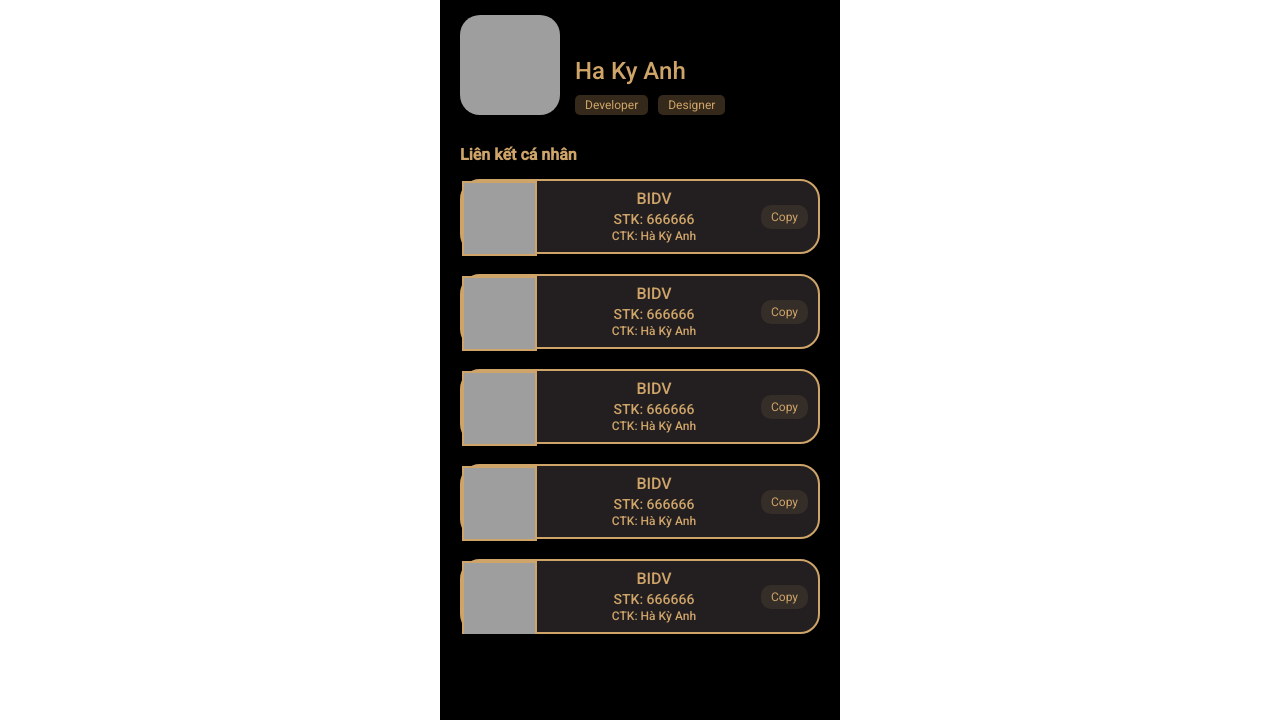
Repository: yzarc204/nguyen-tien-viet-hoang
Page: thong-tin-thanh-toan/index.html
An editor plug-in stored every save of this project. The page is shown before and after the next save, followed by the edit.
The browser window is 1280 px wide. The pictures show the whole page.
Pictures or frames that could not be fetched are drawn as grey boxes.

Above is the page before, as saved 2021-09-27 11:15:49.

### thong-tin-thanh-toan/index.html
<!DOCTYPE html>
<html lang="en">
<head>
    <meta charset="UTF-8">
    <meta http-equiv="X-UA-Compatible" content="IE=edge">
    <meta name="viewport" content="width=device-width, initial-scale=1.0">
    <title>Personal Card</title>
    <!-- Google Fonts -->
    <link rel="preconnect" href="https://fonts.googleapis.com">
    <link rel="preconnect" href="https://fonts.gstatic.com" crossorigin>
    <link href="https://fonts.googleapis.com/css2?family=Roboto:wght@300;400;500&display=swap" rel="stylesheet">
    <!-- CSS -->
    <link rel="stylesheet" href="./public/css/index.css">
</head>
<body>
    <div class="container">
        <div class="profile-header">
            <img alt="Avatar"
                src="https://source.unsplash.com/random"
                class="profile-avatar">
            <div class="profile-info">
                <h4 class="profile-name">Ha Ky Anh</h4>
                <div class="skills">
                    <div class="skill-tag">Developer</div>
                    <div class="skill-tag">Designer</div>
                </div>
            </div>
        </div>
        <h4 class="title">Liên kết cá nhân</h4>
        <div class="banks">
            <div class="bank">
                <img src="https://source.unsplash.com/random" class="bank-logo">
                <div class="bank-info">
                    <p class="bank-name">BIDV</p>
                    <p class="bank-number">STK: 666666</p>
                    <p class="bank-owner">CTK: Hà Kỳ Anh</p>
                </div>
                <span class="btn-copy">Copy</span>
            </div>
            <div class="bank">
                <img src="https://source.unsplash.com/random" class="bank-logo">
                <div class="bank-info">
                    <p class="bank-name">BIDV</p>
                    <p class="bank-number">STK: 666666</p>
                    <p class="bank-owner">CTK: Hà Kỳ Anh</p>
                </div>
                <span class="btn-copy">Copy</span>
            </div>
            <div class="bank">
                <img src="https://source.unsplash.com/random" class="bank-logo">
                <div class="bank-info">
                    <p class="bank-name">BIDV</p>
                    <p class="bank-number">STK: 666666</p>
                    <p class="bank-owner">CTK: Hà Kỳ Anh</p>
                </div>
                <span class="btn-copy">Copy</span>
            </div>
            <div class="bank">
                <img src="https://source.unsplash.com/random" class="bank-logo">
                <div class="bank-info">
                    <p class="bank-name">BIDV</p>
                    <p class="bank-number">STK: 666666</p>
                    <p class="bank-owner">CTK: Hà Kỳ Anh</p>
                </div>
                <span class="btn-copy">Copy</span>
            </div>
            <div class="bank">
                <img src="https://source.unsplash.com/random" class="bank-logo">
                <div class="bank-info">
                    <p class="bank-name">BIDV</p>
                    <p class="bank-number">STK: 666666</p>
                    <p class="bank-owner">CTK: Hà Kỳ Anh</p>
                </div>
                <span class="btn-copy">Copy</span>
            </div>
        </div>
    </div>
</body>
</html>

### thong-tin-thanh-toan/public/css/index.css
* {
    padding: 0;
    margin: 0;
    -webkit-box-sizing: border-box;
    font-family: 'Roboto', sans-serif;
}

:root {
    --primary-color: #cea469;
    --secondary-color: #231f20;
    --dark-color: #cea469;
}

body {
    width: 100%;
    overflow: hidden;
}

/* ===== CONTAINER ===== */
.container{
    width: 400px;
    height: 100vh;
    margin: 0 auto;
    padding: 15px 20px;
    overflow: hidden scroll;
    background: #000;
    color: var(--primary-color);
}
/* ===== PROFILE HEADER ===== */
.profile-header{
    width: 100%;
    display: flex;
    flex-wrap: wrap;
    margin-bottom: 30px;
}
.profile-avatar{
    width: 100px;
    height: 100px;
    object-fit: cover;
    object-position: center;
    border-radius: 20px;
}
.profile-info{
    margin-top: auto;
    padding: 0px 15px;
}
.profile-name{
    margin-bottom: 10px;
    font-size: 24px;
    font-weight: 500;
}
.skills{
    display: flex;
    flex-wrap: nowrap;
}
.skill-tag{
    padding: 3px 10px;
    margin-right: 10px;
    color: var(--primary-color);
    font-size: 12px;
    position: relative;
    display: none;
}
.skill-tag:before {
    content: "";
    position: absolute;
    top: 0;
    right: 0;
    bottom: 0;
    left: 0;
    background-color: currentColor;
    opacity: 0.25;
    border-radius: 5px;
}
.skill-tag:first-child {
    display: block;
}
.skill-tag:nth-child(2) {
    display: block;
}
/* ===== TITLE ===== */
.title{
    margin-bottom: 15px;
}
/* ===== BANKS ===== */
.banks {
    width: 100%;
    overflow: hidden;
    --size: 75px;
    --border-rounded: 20px;
}
.bank:last-child {
    margin-bottom: 0px;
}
.bank {
    width: 100%;
    height: var(--size);
    background: var(--secondary-color);
    margin-bottom: 20px;
    display: flex;
    border: 2px solid var(--dark-color);
    border-radius: var(--border-rounded);
}
.bank-logo {
    width: var(--size);
    height: var(--size);
    border: inherit;
}
.bank-info {
    flex: 1;
    text-align: center;
    padding: 10px 7.5px;
    display: flex;
    flex-direction: column;
    justify-content: space-between;
    align-items: center;
}
.bank-info > p {
    font-weight: 500;
    line-height: 1;
}
.bank-name{
    font-size: 16px;
}
.bank-number{
    font-size: 14px;
}
.bank-owner {
    font-size: 12px;
}
.btn-copy{
    font-size: 12px;
    height: fit-content;
    padding: 5px 10px;
    position: relative;
    top: 50%;
    right: 10px;
    transform: translateY(-50%);
    cursor: pointer;
}
.btn-copy:before {
    content: "";
    position: absolute;
    top: 0;
    right: 0;
    bottom: 0;
    left: 0;
    background: var(--dark-color);
    border-radius: 10px;
    opacity: 0.1;
}

After the next save:
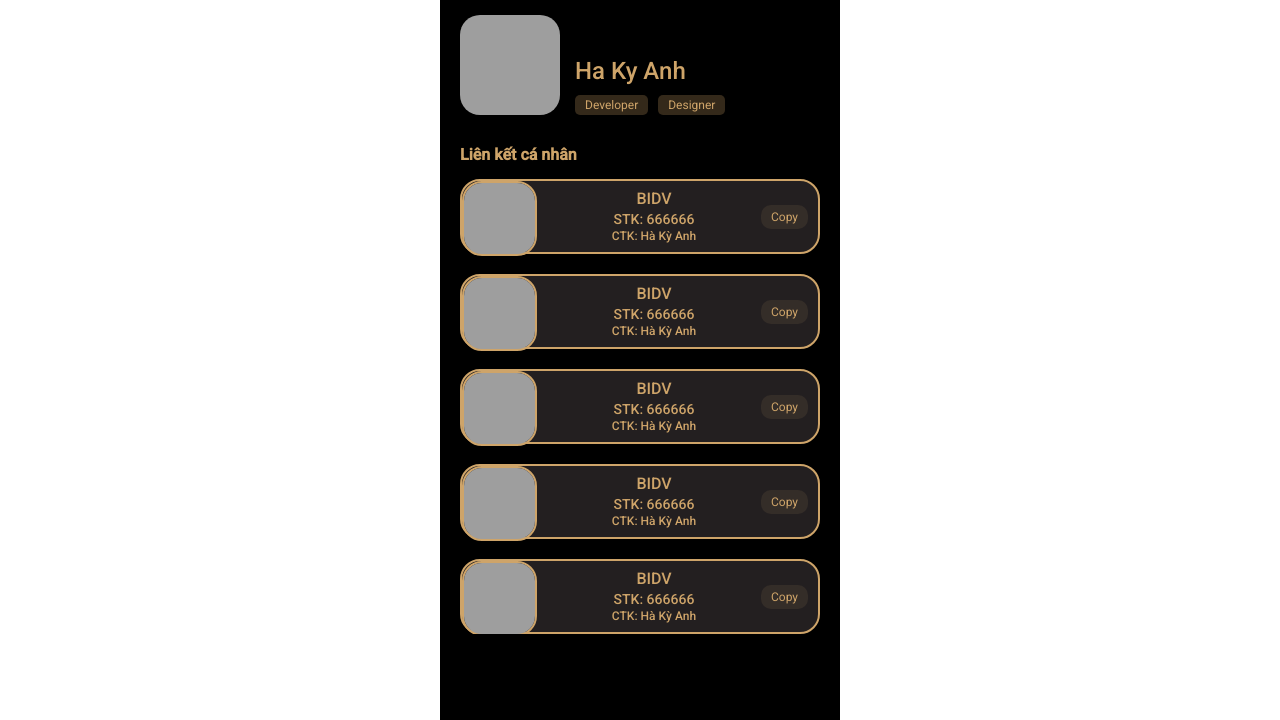
Saved 9 s later.
--- a/thong-tin-thanh-toan/public/css/index.css
+++ b/thong-tin-thanh-toan/public/css/index.css
@@ -104,6 +104,7 @@
 .bank-logo {
     width: var(--size);
     height: var(--size);
+    border-radius: inherit;
     border: inherit;
 }
 .bank-info {

After the save that followed:
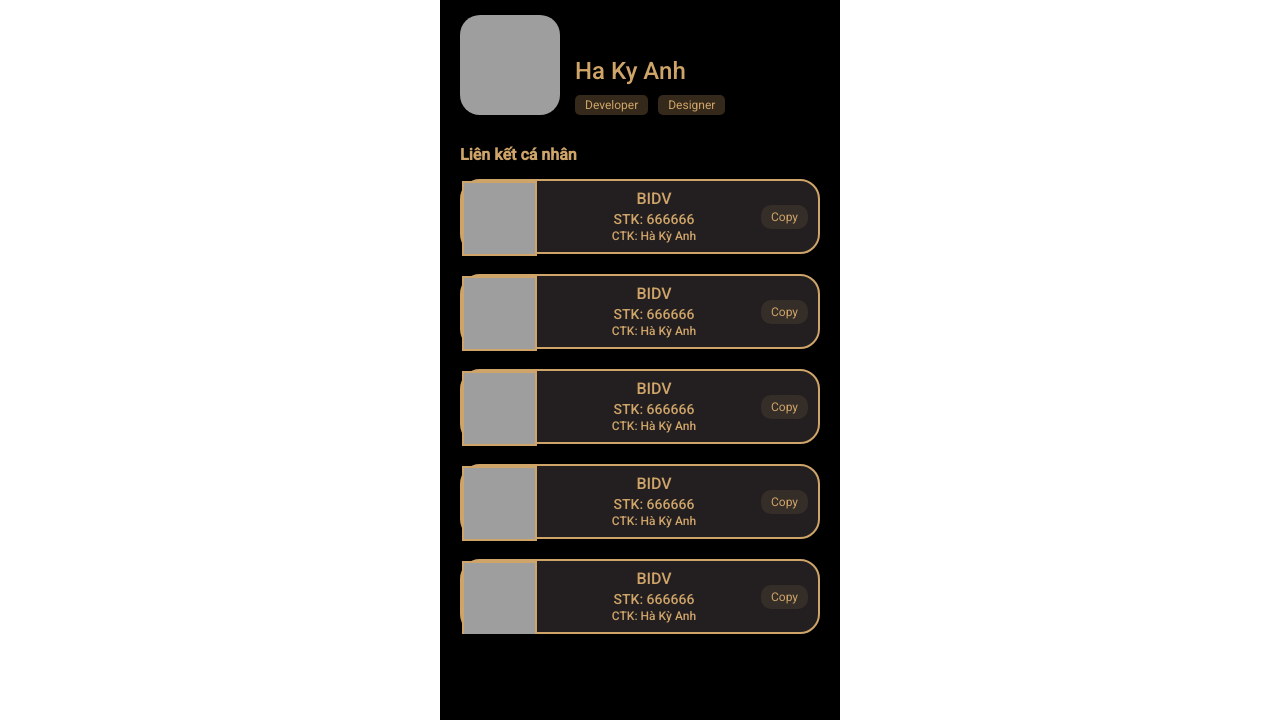
Saved 6 s later.
--- a/thong-tin-thanh-toan/public/css/index.css
+++ b/thong-tin-thanh-toan/public/css/index.css
@@ -104,7 +104,6 @@
 .bank-logo {
     width: var(--size);
     height: var(--size);
-    border-radius: inherit;
     border: inherit;
 }
 .bank-info {
